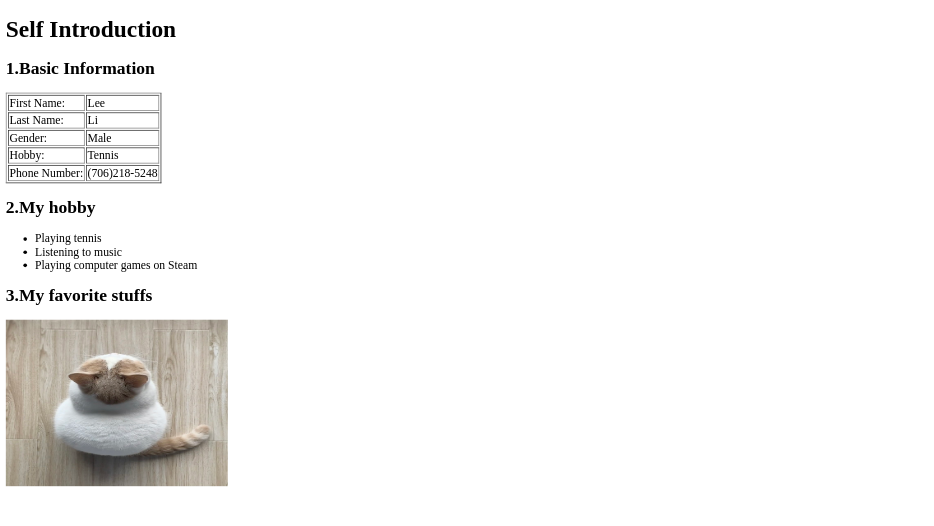
Repository: RigelLM/Java-Learning
Page: HomePage/public/Index.html
The author's editor kept a copy of each file at every save. The page is drawn from the files as they stood at one save, then again after the next save.
The browser window is 1280 px wide. The pictures show the whole page, at 73% of full size.

Above is the page before, as saved 2023-01-17 17:13:24.

### HomePage/public/Index.html
<?xml version="1.0" encoding="UTF-8" ?>
<!DOCTYPE html PUBLIC "-//W3C//DTD XHTML 1.0 Strict//EN" "http://www.w3.org/TR/xhtml1/DTD/xhtml1-strict.dtd">
<html xmlns="http://www.w3.org/1999/xhtml">
<head>
<meta http-equiv="Content-Type" content="text/html; charset=UTF-8" />



<title>Personal Information</title>
</head>
<body>
<h1>Self Introduction</h1>
<h2>1.Basic Information</h2>
<table border="1">
    <tr>
        <td>First Name:</td><td>Lee</td>
    </tr>
    <tr>
        <td>Last Name:</td><td>Li</td>
    </tr>
    <tr>
        <td>Gender:</td><td>Male</td>
    </tr>
    <tr>
        <td>Hobby:</td><td>Tennis</td>
    </tr>
    <tr>
        <td>Phone Number:</td><td>(706)218-5248</td>
    </tr>
</table>
<h2>2.My hobby</h2>
<ul>
<li>Playing tennis</li>
<li>Listening to music</li>
<li>Playing computer games on Steam</li>
</ul>
<h2>3.My favorite stuffs</h2>
<img src="cat.jpg" alt="My Cat" width="304" height="228">
</body>
</html>

After the next save:
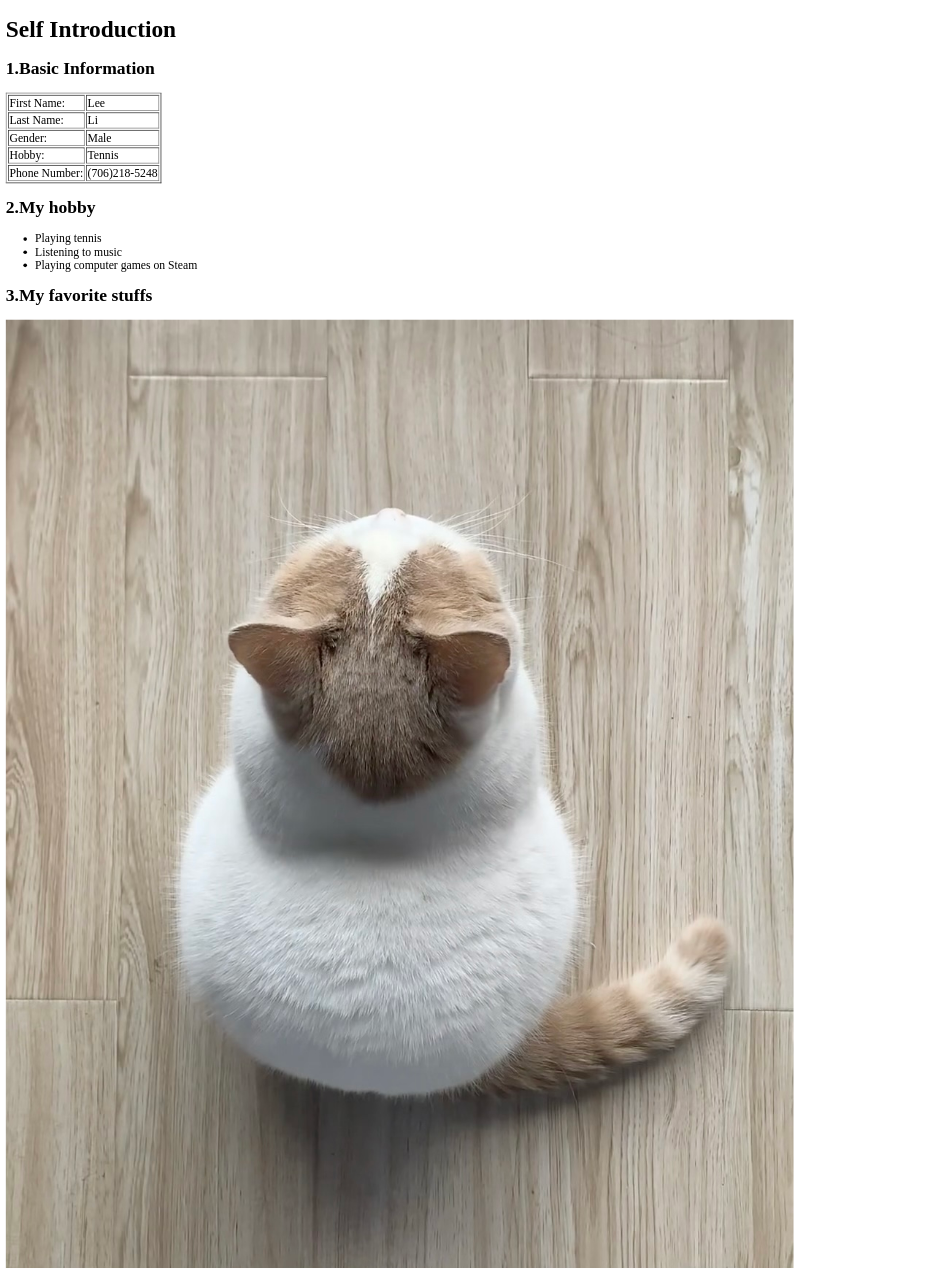
Saved 56 s later.
--- a/HomePage/public/Index.html
+++ b/HomePage/public/Index.html
@@ -35,6 +35,6 @@
 <li>Playing computer games on Steam</li>
 </ul>
 <h2>3.My favorite stuffs</h2>
-<img src="cat.jpg" alt="My Cat" width="304" height="228">
+<img src="cat.jpg" alt="My Cat" width="1079" height="1299">
 </body>
 </html>
